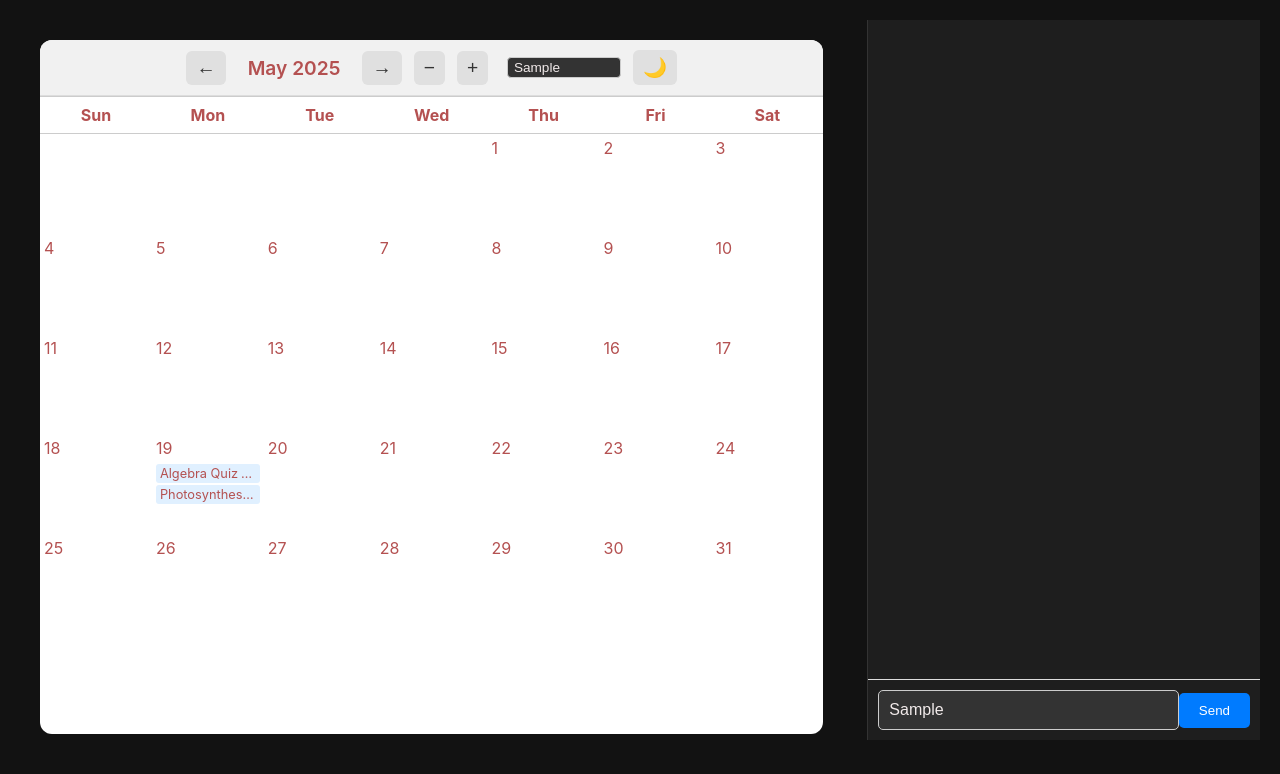
Repository: saifg123/Peer
Page: app.html
An editor plug-in stored every save of this project. The page is shown before and after the next save, followed by the edit.
The browser window is 1280 px wide. The pictures show the whole page.
Empty fields were first filled with sample values (such as "Sample", 5 or name@example.com).
After loading, the first visible `#toggle-dark-mode` was clicked once.

Above is the page before, as saved 2025-05-20 17:05:54.

After the next save:
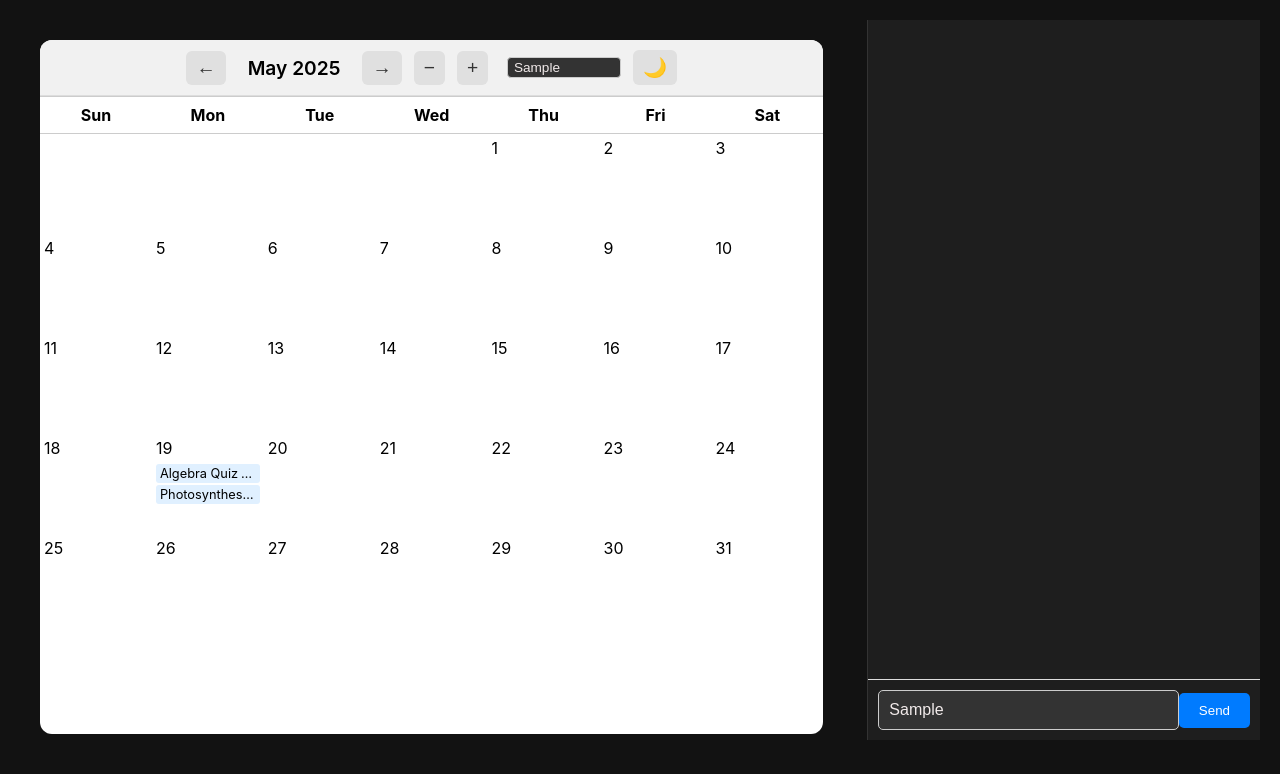
Saved 13 s later.
--- a/app.html
+++ b/app.html
@@ -123,7 +123,7 @@
           }
           body.dark-mode {
   background-color: #121212;
-  color: #b45151;
+  color: #000000;
 }
 
 body.dark-mode .chatbox {
